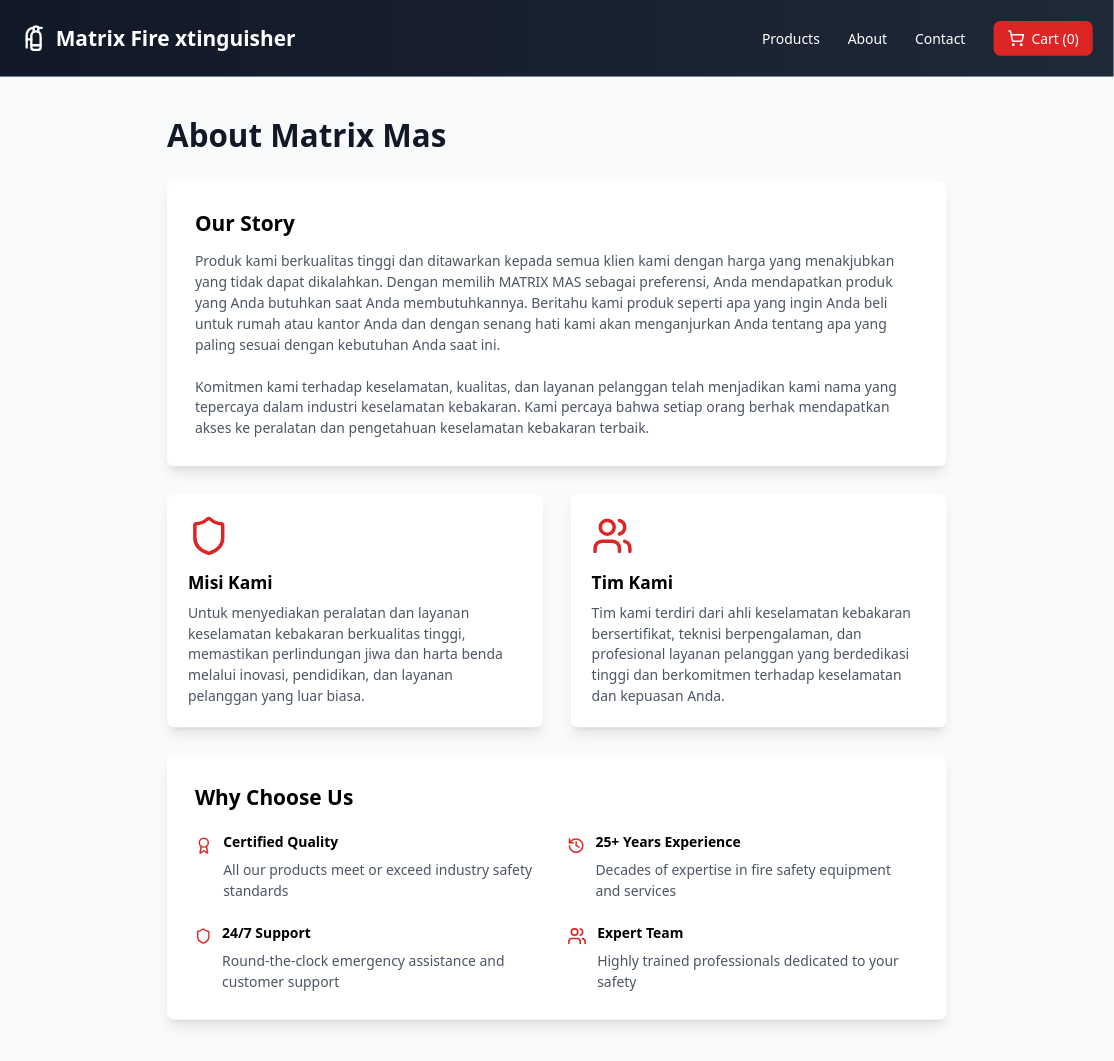
Repository: matrixmas/matrixmas.github.io
Page: /about
An editor plug-in stored every save of this project. The page is shown before and after the next save, followed by the edit.
The browser window is 1280 px wide. The pictures show the whole page, at 87% of full size.
The project was rebuilt for these pictures with package versions that can differ from the ones it lists, and the page was loaded fresh each time. Also part of the build but not shown: vite.config.ts, src/pages/Home.tsx, src/pages/Products.tsx, src/pages/ProductDetail.tsx, src/pages/Contact.tsx.

Above is the page before, as saved 2025-02-04 14:17:52.

### index.html
<!doctype html>
<html lang="en">
  <head>
    <meta charset="UTF-8" />
    <link rel="icon" type="image/svg+xml" href="https://lh3.googleusercontent.com/p/AF1QipM-pbCOOYy8ig0e4ZRWo3jsaPoACABTA6DNYww9=s1360-w1360-h1020" />
    <meta name="viewport" content="width=device-width, initial-scale=1.0" />
    <title>Matrix Fire Extinguisher</title>
  </head>
  <body>
    <div id="root"></div>
    <script type="module" src="/src/main.tsx"></script>
  </body>
</html>

### src/App.tsx
import React from 'react';
import { BrowserRouter as Router, Routes, Route } from 'react-router-dom';
import Home from './pages/Home';
import Products from './pages/Products';
import ProductDetail from './pages/ProductDetail';
import About from './pages/About';
import Contact from './pages/Contact';

function App() {
  return (
    <Router>
      <Routes>
        <Route path="/" element={<Home />} />
        <Route path="/products" element={<Products />} />
        <Route path="/products/:id" element={<ProductDetail />} />
        <Route path="/about" element={<About />} />
        <Route path="/contact" element={<Contact />} />
      </Routes>
    </Router>
  );
}

export default App;

### src/pages/About.tsx
import React from 'react';
import { Shield, Users, Award, History } from 'lucide-react';
import Header from '../components/Header';

export default function About() {
  return (
    <div className="min-h-screen bg-gray-50">
      <Header />
      <div className="py-12">
        <div className="container mx-auto px-6">
          <div className="max-w-4xl mx-auto">
            <h1 className="text-4xl font-bold text-gray-900 mb-8">About Matrix Mas</h1>

            <div className="bg-white rounded-lg shadow-lg p-8 mb-8">
              <h2 className="text-2xl font-bold mb-4">Our Story</h2>
              <p className="text-gray-600 mb-6">
              Produk kami berkualitas tinggi dan ditawarkan kepada semua klien kami dengan harga yang menakjubkan yang tidak dapat dikalahkan. Dengan memilih MATRIX MAS sebagai preferensi, Anda mendapatkan produk yang Anda butuhkan saat Anda membutuhkannya. Beritahu kami produk seperti apa yang ingin Anda beli untuk rumah atau kantor Anda dan dengan senang hati kami akan menganjurkan Anda tentang apa yang paling sesuai dengan kebutuhan Anda saat ini.
              </p>
              <p className="text-gray-600">
              Komitmen kami terhadap keselamatan, kualitas, dan layanan pelanggan telah menjadikan kami nama yang tepercaya dalam industri keselamatan kebakaran.
              Kami percaya bahwa setiap orang berhak mendapatkan akses ke peralatan dan pengetahuan keselamatan kebakaran terbaik.
              </p>
            </div>

            <div className="grid grid-cols-1 md:grid-cols-2 gap-8 mb-8">
              <div className="bg-white rounded-lg shadow-lg p-6">
                <Shield className="h-12 w-12 text-red-600 mb-4" />
                <h3 className="text-xl font-bold mb-2">Misi Kami</h3>
                <p className="text-gray-600">
                Untuk menyediakan peralatan dan layanan keselamatan kebakaran berkualitas tinggi, memastikan perlindungan jiwa dan harta benda melalui inovasi, pendidikan, dan layanan pelanggan yang luar biasa.
                </p>
              </div>

              <div className="bg-white rounded-lg shadow-lg p-6">
                <Users className="h-12 w-12 text-red-600 mb-4" />
                <h3 className="text-xl font-bold mb-2">Tim Kami</h3>
                <p className="text-gray-600">
                Tim kami terdiri dari ahli keselamatan kebakaran bersertifikat, teknisi berpengalaman, dan profesional layanan pelanggan yang berdedikasi tinggi dan berkomitmen terhadap keselamatan dan kepuasan Anda.
                </p>
              </div>
            </div>

            <div className="bg-white rounded-lg shadow-lg p-8">
              <h2 className="text-2xl font-bold mb-6">Why Choose Us</h2>
              <div className="grid grid-cols-1 md:grid-cols-2 gap-6">
                <div className="flex items-start">
                  <Award className="h-6 w-6 text-red-600 mr-3 mt-1" />
                  <div>
                    <h4 className="font-bold mb-2">Certified Quality</h4>
                    <p className="text-gray-600">All our products meet or exceed industry safety standards</p>
                  </div>
                </div>
                <div className="flex items-start">
                  <History className="h-6 w-6 text-red-600 mr-3 mt-1" />
                  <div>
                    <h4 className="font-bold mb-2">25+ Years Experience</h4>
                    <p className="text-gray-600">Decades of expertise in fire safety equipment and services</p>
                  </div>
                </div>
                <div className="flex items-start">
                  <Shield className="h-6 w-6 text-red-600 mr-3 mt-1" />
                  <div>
                    <h4 className="font-bold mb-2">24/7 Support</h4>
                    <p className="text-gray-600">Round-the-clock emergency assistance and customer support</p>
                  </div>
                </div>
                <div className="flex items-start">
                  <Users className="h-6 w-6 text-red-600 mr-3 mt-1" />
                  <div>
                    <h4 className="font-bold mb-2">Expert Team</h4>
                    <p className="text-gray-600">Highly trained professionals dedicated to your safety</p>
                  </div>
                </div>
              </div>
            </div>
          </div>
        </div>
      </div>
    </div>
  );
}

### src/components/Navbar.tsx
import React from 'react';
import { Link } from 'react-router-dom';
import { FireExtinguisher, ShoppingCart } from 'lucide-react';

export default function Navbar() {
  return (
    <nav className="relative z-20 container mx-auto px-6 py-6 flex items-center justify-between">
      <Link to="/" className="flex items-center space-x-2 text-white">
        <FireExtinguisher className="h-8 w-8" />
        <span className="text-2xl font-bold">Matrix Fire xtinguisher</span>
      </Link>
      <div className="flex items-center space-x-8 text-white">
        <Link to="/products" className="hover:text-red-400">Products</Link>
        <Link to="/about" className="hover:text-red-400">About</Link>
        <Link to="/contact" className="hover:text-red-400">Contact</Link>
        <button className="flex items-center space-x-2 bg-red-600 px-4 py-2 rounded-lg hover:bg-red-700">
          <ShoppingCart className="h-5 w-5" />
          <span>Cart (0)</span>
        </button>
      </div>
    </nav>
  );
}

### src/components/Header.tsx
import React from 'react';
import Navbar from './Navbar';

export default function Header() {
  return (
    <header className="bg-gradient-to-r from-gray-900 to-gray-800 text-white">
      <Navbar />
    </header>
  );
}

Loaded but not shown: src/main.tsx (common file); src/index.css (common file); tailwind.config.js (common file)

After the next save:
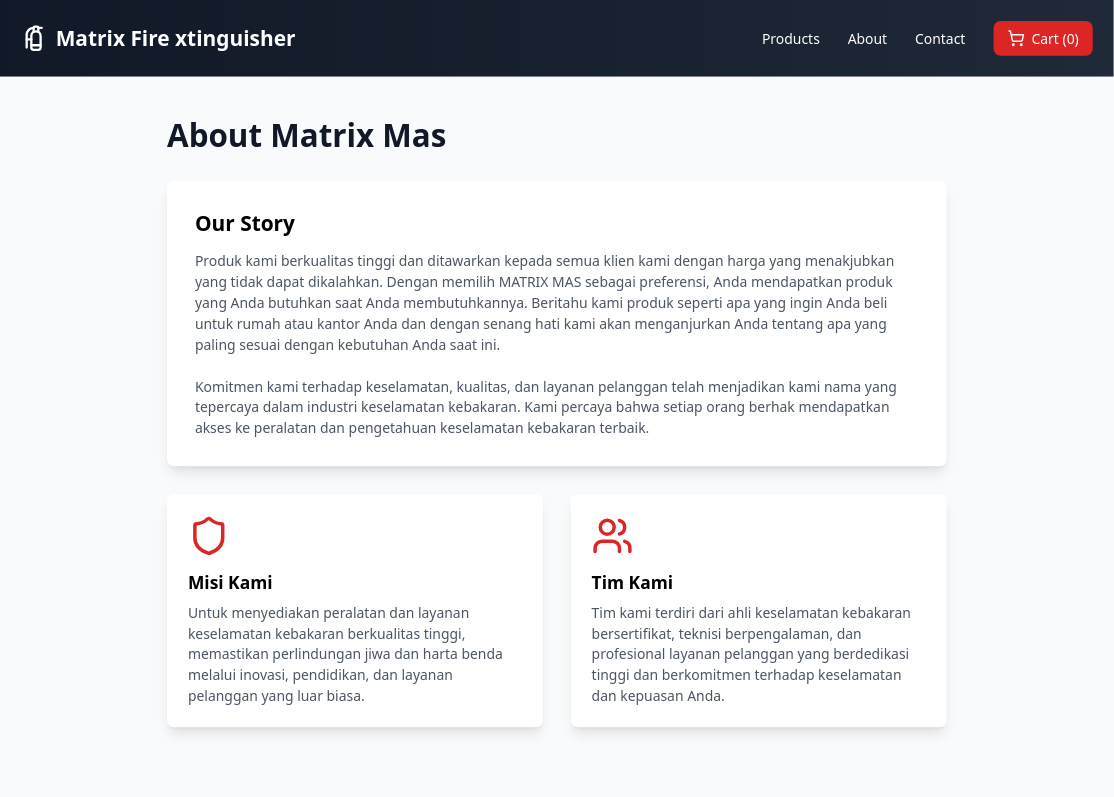
Saved 8 s later.
--- a/src/pages/About.tsx
+++ b/src/pages/About.tsx
@@ -40,39 +40,7 @@
               </div>
             </div>
 
-            <div className="bg-white rounded-lg shadow-lg p-8">
-              <h2 className="text-2xl font-bold mb-6">Why Choose Us</h2>
-              <div className="grid grid-cols-1 md:grid-cols-2 gap-6">
-                <div className="flex items-start">
-                  <Award className="h-6 w-6 text-red-600 mr-3 mt-1" />
-                  <div>
-                    <h4 className="font-bold mb-2">Certified Quality</h4>
-                    <p className="text-gray-600">All our products meet or exceed industry safety standards</p>
-                  </div>
-                </div>
-                <div className="flex items-start">
-                  <History className="h-6 w-6 text-red-600 mr-3 mt-1" />
-                  <div>
-                    <h4 className="font-bold mb-2">25+ Years Experience</h4>
-                    <p className="text-gray-600">Decades of expertise in fire safety equipment and services</p>
-                  </div>
-                </div>
-                <div className="flex items-start">
-                  <Shield className="h-6 w-6 text-red-600 mr-3 mt-1" />
-                  <div>
-                    <h4 className="font-bold mb-2">24/7 Support</h4>
-                    <p className="text-gray-600">Round-the-clock emergency assistance and customer support</p>
-                  </div>
-                </div>
-                <div className="flex items-start">
-                  <Users className="h-6 w-6 text-red-600 mr-3 mt-1" />
-                  <div>
-                    <h4 className="font-bold mb-2">Expert Team</h4>
-                    <p className="text-gray-600">Highly trained professionals dedicated to your safety</p>
-                  </div>
-                </div>
-              </div>
-            </div>
+
           </div>
         </div>
       </div>
